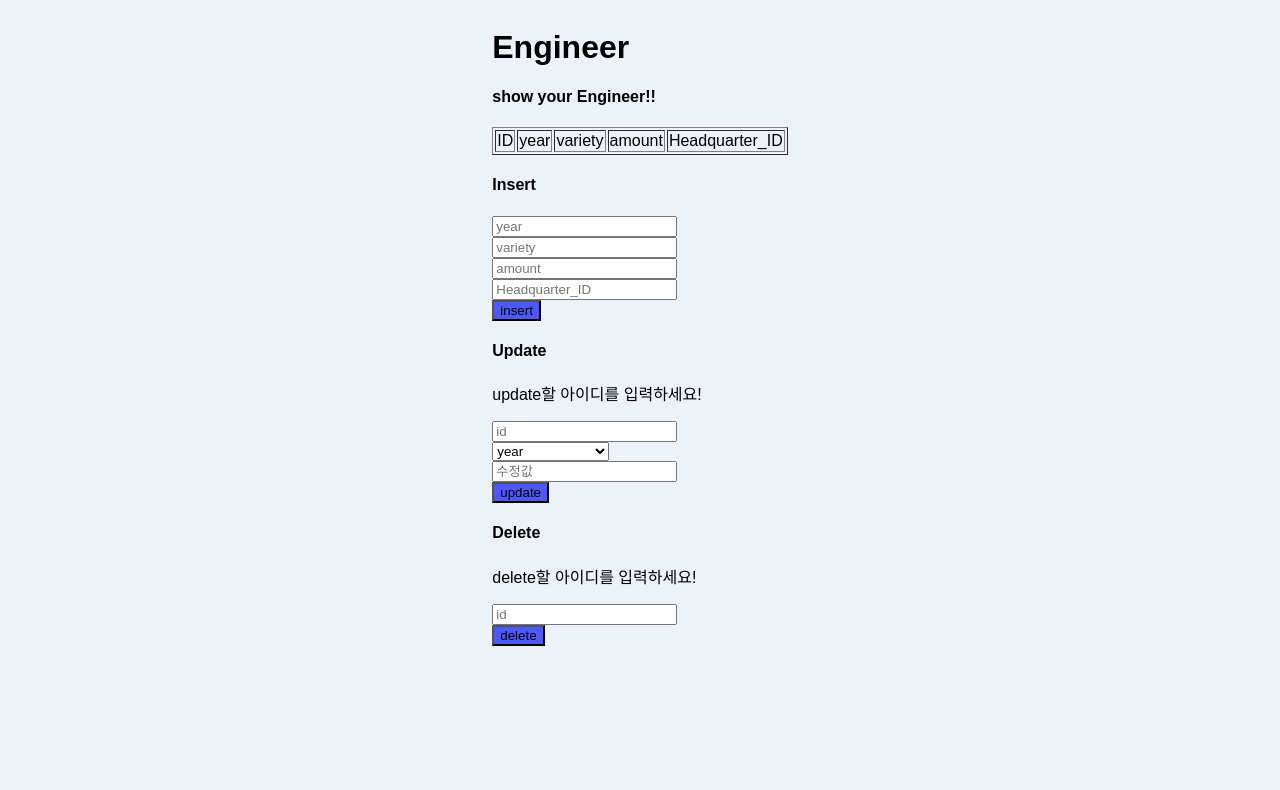
Repository: CISXO/JSP
Page: http://localhost/DB_Project/DB/Engineer.jsp
The author's editor kept a copy of each file at every save. The page is drawn from the files as they stood at one save, then again after the next save.
The browser window is 1280 px wide. The pictures show the whole page.
The page is served by Tomcat 9. Queries for data that is not in the repository find no rows.

Above is the page before, as saved 2022-12-21 15:38:27.

### DbProject/DB_Project/src/main/webapp/DB/Engineer.jsp
<%@ page language="java" contentType="text/html; charset=EUC-KR"
    pageEncoding="EUC-KR" import="java.sql.*"%>
<!DOCTYPE html>
<html>
<style>

body {
    font-family: 'Noto Sans KR', sans-serif;
    display: flex;
    justify-content: center;
    height: 95vh;
}

</style>
<head>
<meta charset="EUC-KR">
<title>Insert title here</title>
</head><%

Class.forName("org.mariadb.jdbc.Driver");
String jdbcDriver = "jdbc:mariadb://localhost:3306/homework";
String dbUser = "root";
String dbPass = "22489612up!";


Connection conn = null;
Statement stmt = null;
ResultSet result = null;

try {
	conn = DriverManager.getConnection(jdbcDriver, dbUser, dbPass);
	stmt = conn.createStatement();
	String query = "SELECT * FROM Engineer";
	result = stmt.executeQuery(query);

%>

<body style="background-color: #edf2f9 !important;">
    <div>
        <h1>Engineer</h1>
        <h4>
				show your Engineer!!
        </h4>
        <div>
                <table border = "1">
                    <thead>
                        <tr>
                        <td>ID</td>
                        <td>year</td>
                        <td>variety</td>
                        <td>amount</td>
                        <td>Headquarter_ID</td>
                        </tr>
                    </thead>
                    <%
                    while(result.next()) {
                    %>
                    <tbody>
                        <tr onclick="trClick(this)">
                        	<td><%=result.getInt("ID")%></td>
                            <td><%=result.getString("year")%></td>
                            <td><%=result.getString("variety")%></td>
                            <td><%=result.getString("amount")%></td>
                            <td><%=result.getString("Headquarter_ID")%></td>
                        </tr>

                    </tbody>
                    <%} %>
                </table>
        </div>
        <form id="Engineer_insert" action ="Engineer.jsp" method="get">
        <h4>Insert</h4>
        <div class="row">
        <input id="year" name="year" type="text" placeHolder="year">
        </div>
        <div class="row">
        <input id="variety" name="variety" type="text" placeHolder="variety">
        </div>
        <div class="row">
        <input id="amount" name="amount" type="text" placeHolder="amount">
        </div>
        <div class="row">
        <input id="Headquarter_ID" name="Headquarter_ID" type="text" placeHolder="Headquarter_ID">
        </div>
        <div class="hd_insert_button">
        <button id="insert_button1" type = "submit" style="background-color: #4c59fd">insert</button>
        </div>
        <input name="manage_num" type="hidden" value="1">
        </form>


        <form id="Engineer_update" action="./manage/Engineer_manage.jsp" method="get">
         <h4>Update</h4>
        <p>update할 아이디를 입력하세요!</p>
       <div class="row">
        <input id="Engineer_id" name="Engineerupdate_id" type="text" placeHolder="id">
        </div>
       <div class="row">
      <select name="select">
        <option>year</option>
        <option>variety</option>
        <option>amount</option>
        <option>Headquarter_ID</option>
      </select>
        </div>
       <div class="row">
        <input id="Engineer_id" name="update" type="text" placeHolder="수정값">
        </div>
        <div>
        <button id="update_button1" type = "submit" style="background-color: #4c59fd">update</button>
        </div>
        <input name="manage_num" type="hidden" value="2">
        </form>

        <form id="Engineer_delete" action="./manage/Engineer_manage.jsp" method="get">
        <h4>Delete</h4>
        <p>delete할 아이디를 입력하세요!</p>
        <div class="row">
        <input id="Engineer_id" name="Engineerdelete_id" type="text" placeHolder="id">
        </div>
        <div>
        <button id="delete_button1" type = "submit" style="background-color: #4c59fd">delete</button>
        </div>
        <br><br><br><br> <br><br><br><br>
        <input name="manage_num" type="hidden" value="3">
        </form>
    </div>
<%
	result.close();
	stmt.close();
	conn.close();
} catch(SQLException e) {
	out.println("err."+e.toString());
}
	%>
</body>
</html>

After the next save:
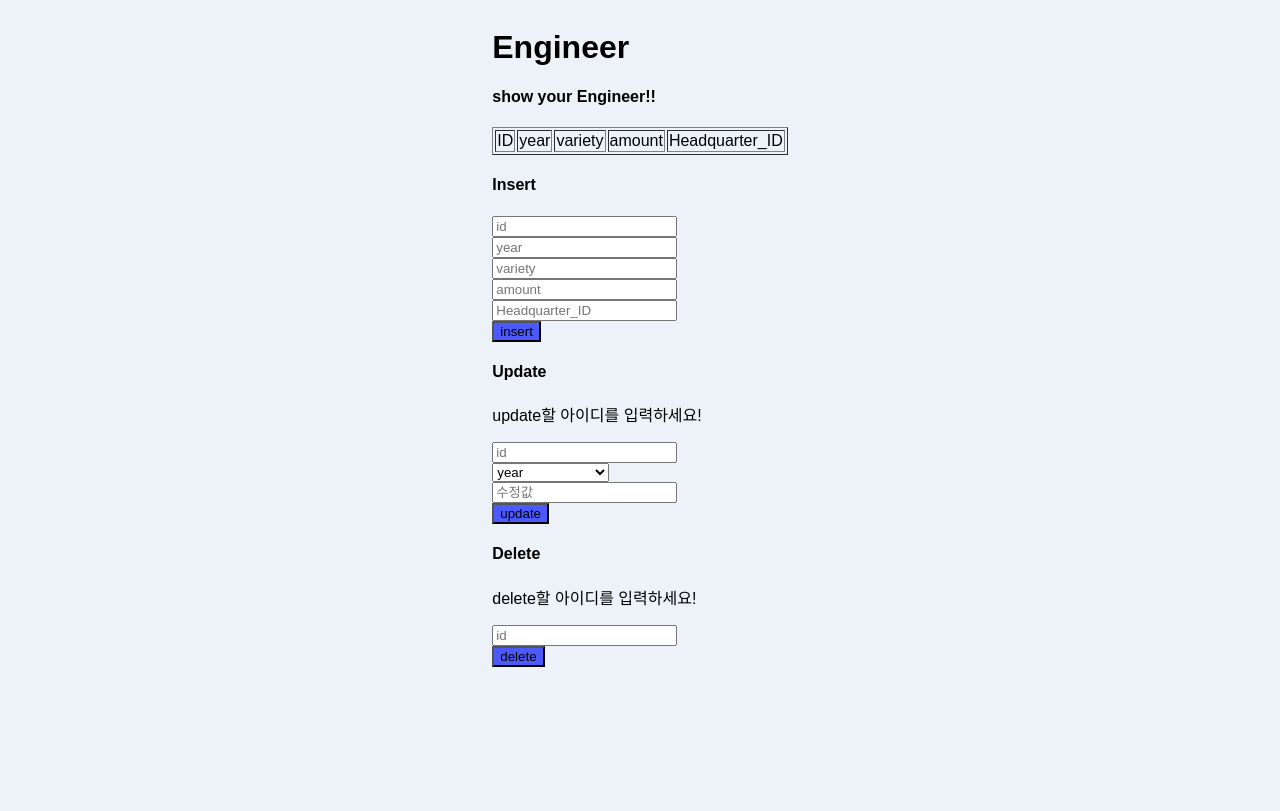
Saved 11 min 6 s later.
--- a/DbProject/DB_Project/src/main/webapp/DB/Engineer.jsp
+++ b/DbProject/DB_Project/src/main/webapp/DB/Engineer.jsp
@@ -71,6 +71,9 @@ try {
         <form id="Engineer_insert" action ="Engineer.jsp" method="get">
         <h4>Insert</h4>
         <div class="row">
+        <input id="id" name="enginID" type="text" placeHolder="id">
+        </div>
+        <div class="row">
         <input id="year" name="year" type="text" placeHolder="year">
         </div>
         <div class="row">
